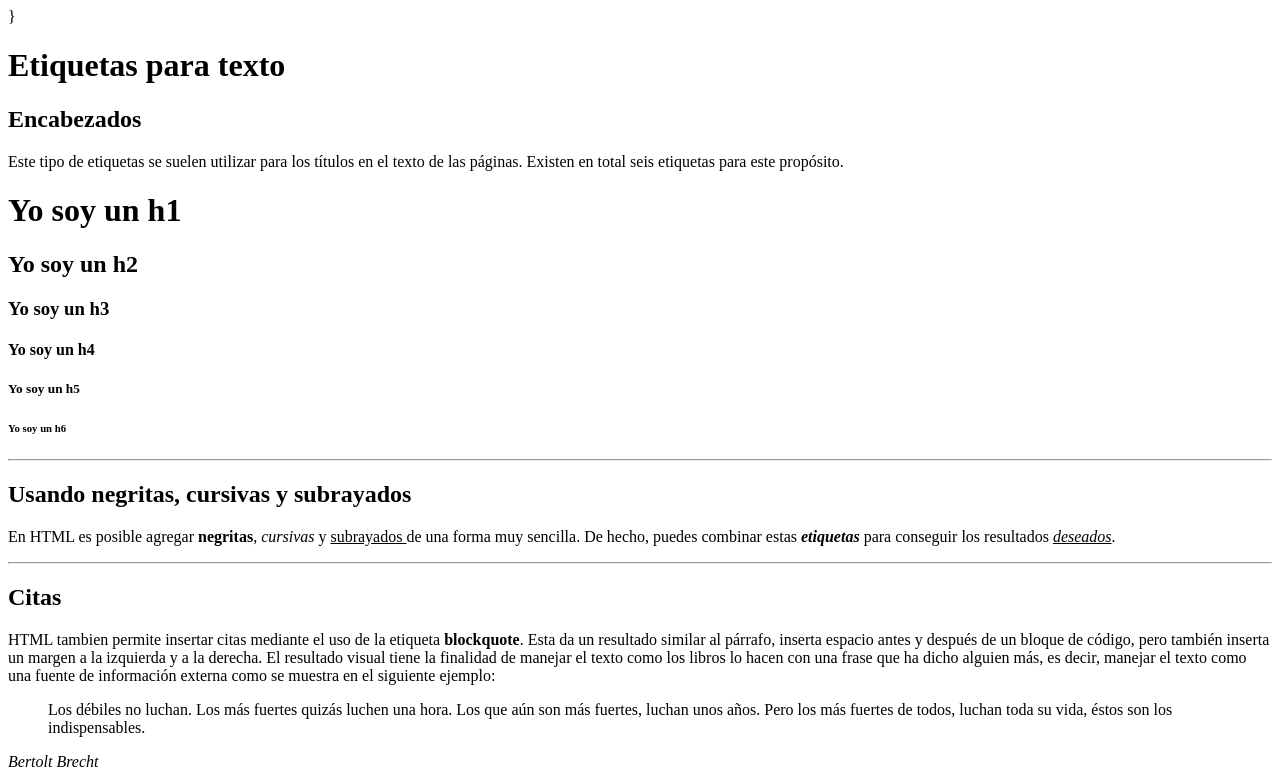
Repository: DiegoJacob0/LabosWeb
Page: 00043719_practica1_seccion1/etiquetas_texto.html
These files come from the project's save history. The page is drawn as it stood at one moment and after a run of saves; the edit follows.
The browser window is 1280 px wide. The pictures show the whole page.

Above is the page before, as saved 2025-08-25 15:07:30.

After the next 3 saves:
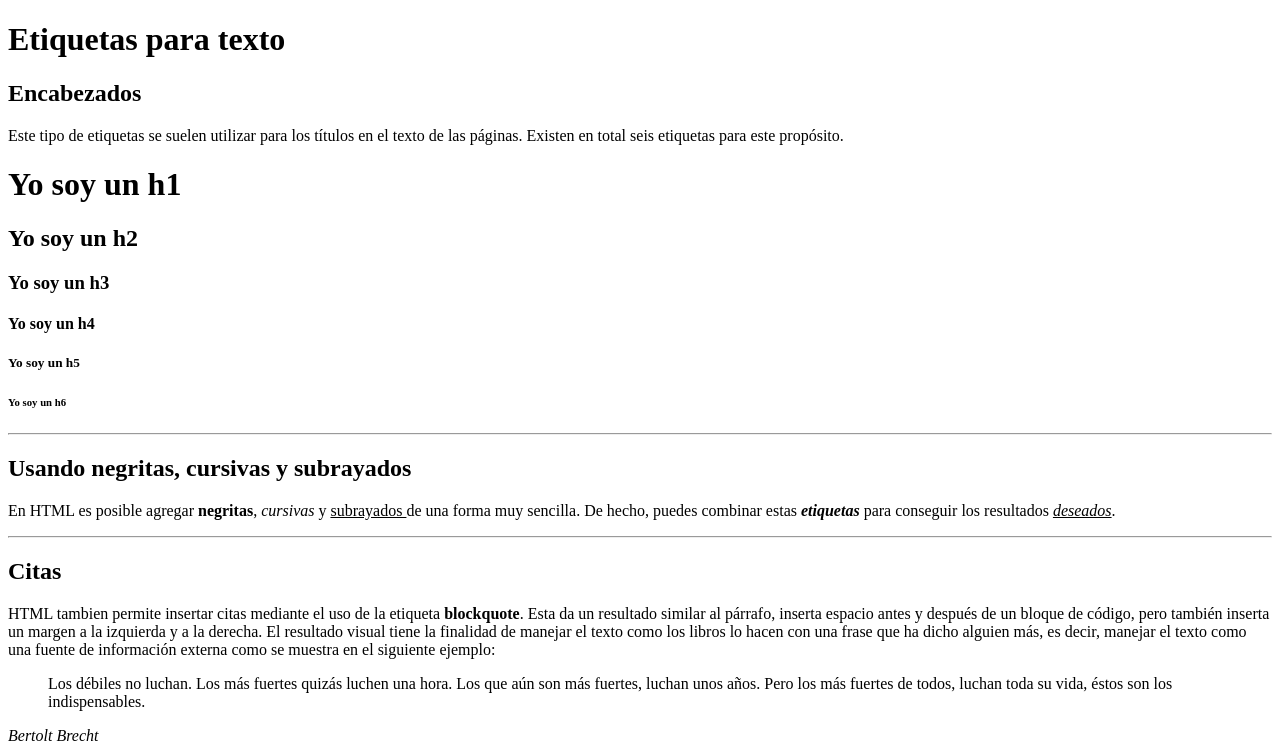
The 3 saves are shown as one change because they came seconds apart.
The last was saved 21 s later.
--- a/00043719_practica1_seccion1/etiquetas_texto.html
+++ b/00043719_practica1_seccion1/etiquetas_texto.html
@@ -1,7 +1,7 @@
 <!DOCTYPE html>
 <html lang="en">
 <head>
-    <meta charset="UTF-8">}
+    <meta charset="UTF-8">
     <meta name="keywords" content="HTML5, etiquetas, texto">
     <title> Etiquetas para texto</title>
 </head>

After the 6 saves that followed:
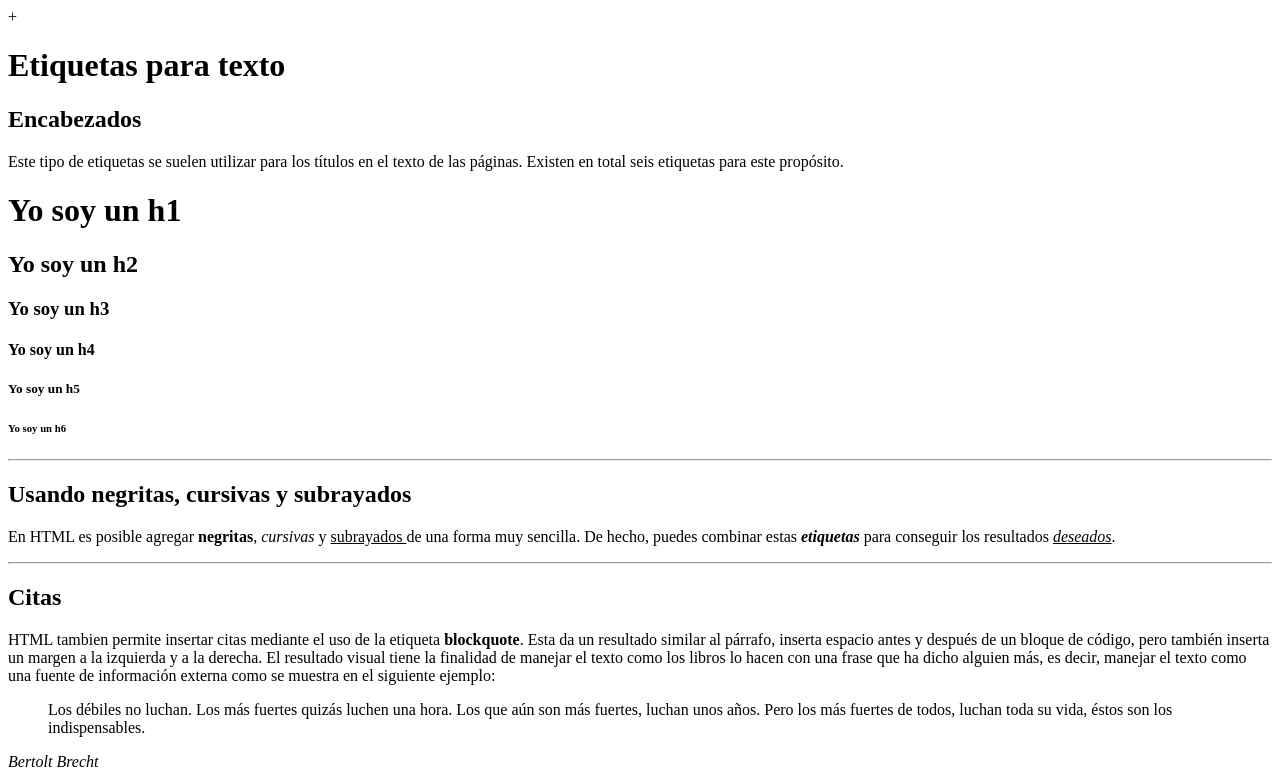
The 6 saves are shown as one change because 2 left the picture as it was and some came seconds apart.
The last was saved 40 s later.
--- a/00043719_practica1_seccion1/etiquetas_texto.html
+++ b/00043719_practica1_seccion1/etiquetas_texto.html
@@ -1,8 +1,7 @@
 <!DOCTYPE html>
 <html lang="en">
 <head>
-    <meta charset="UTF-8">
-    <meta name="keywords" content="HTML5, etiquetas, texto">
+    <meta charset="UTF-8">+
     <title> Etiquetas para texto</title>
 </head>
 <body>
